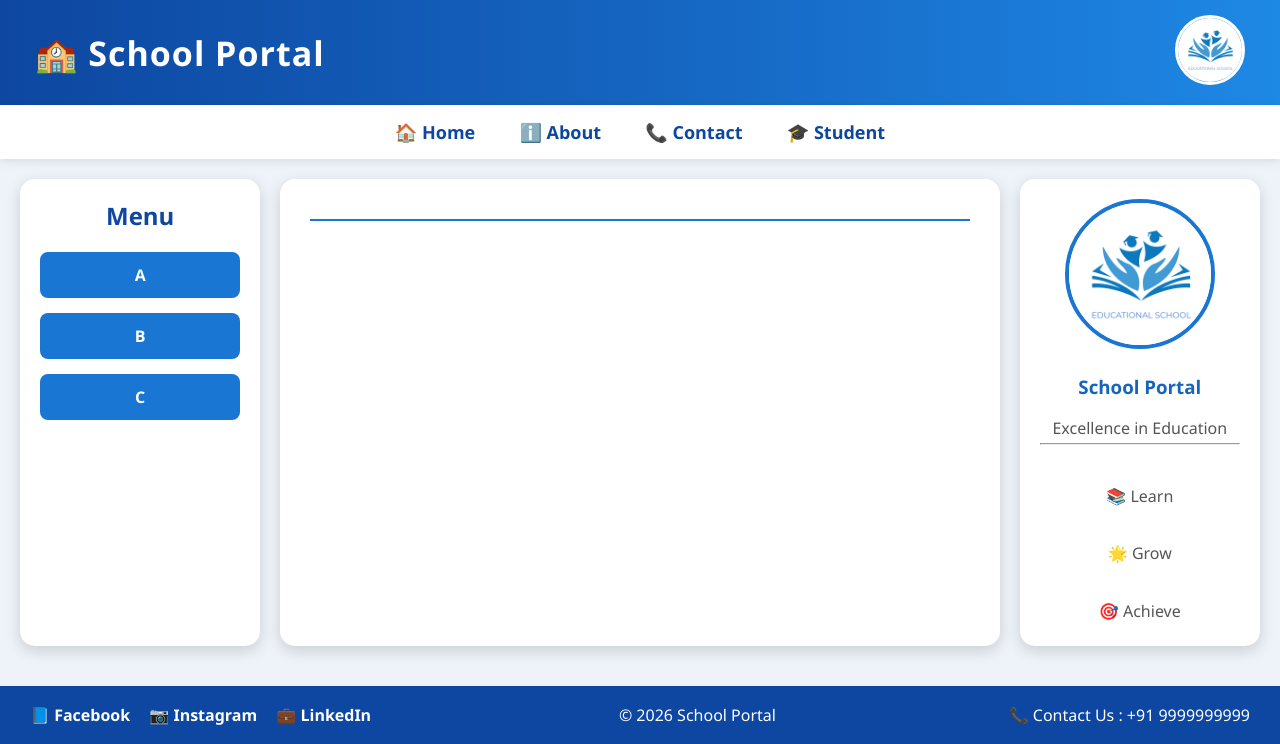
Repository: Jayasrikaranam162/SpringBoot-Summer-PEP
Page: http://localhost/dashboard
The author's editor kept a copy of each file at every save. The page is drawn from the files as they stood at one save, then again after the next save.
The browser window is 1280 px wide. The pictures show the whole page.
The page is this project's Thymeleaf template; nobody is signed in. The template is opened directly, without the code that normally fills it, so the values that code supplies are empty.

Above is the page before, as saved 2026-07-01 16:25:42.

After the next save:
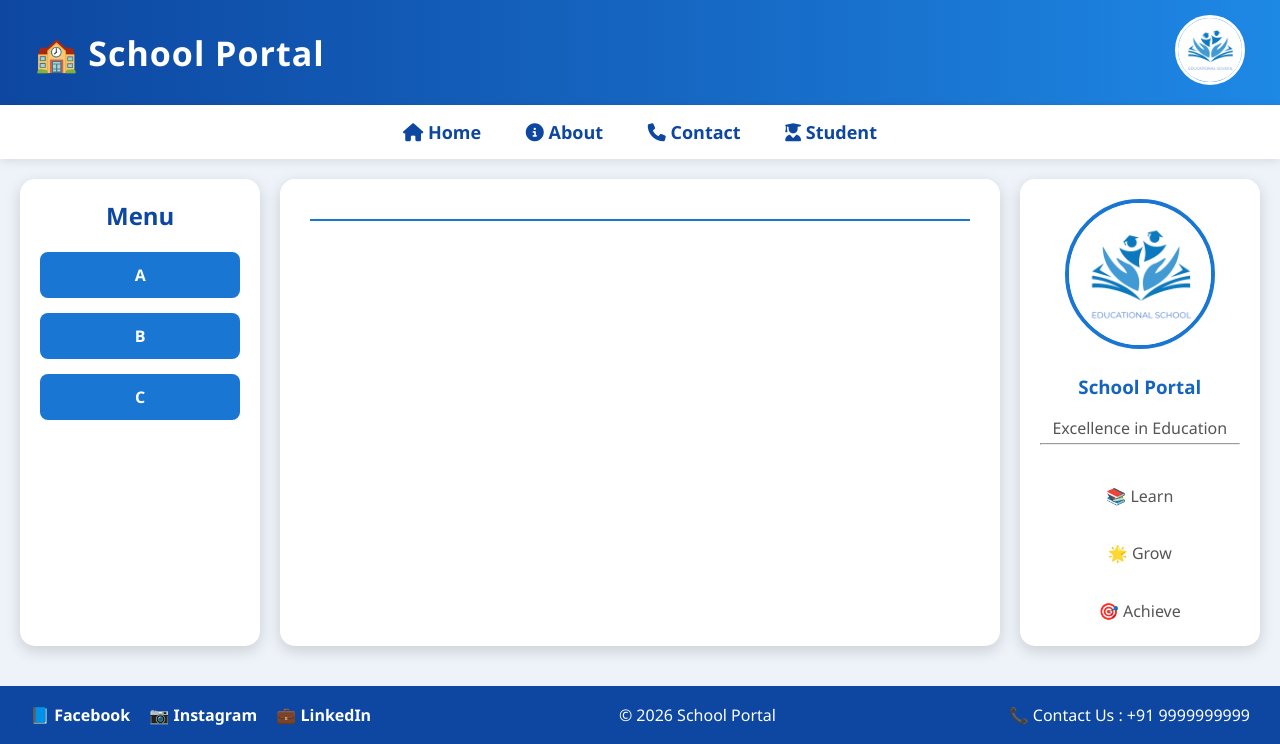
Saved 2 min 40 s later.
--- a/Day-6/SchoolDashboard/src/main/resources/templates/dashboard.html
+++ b/Day-6/SchoolDashboard/src/main/resources/templates/dashboard.html
@@ -301,13 +301,21 @@ body{
 
 <div class="navbar">
 
-    <a href="/">🏠 Home</a>
-
-    <a href="/about">ℹ️ About</a>
-
-    <a href="/contact">📞 Contact</a>
-
-    <a href="/student">🎓 Student</a>
+    <a href="/">
+        <i class="fa-solid fa-house"></i> Home
+    </a>
+
+    <a href="/about">
+        <i class="fa-solid fa-circle-info"></i> About
+    </a>
+
+    <a href="/contact">
+        <i class="fa-solid fa-phone"></i> Contact
+    </a>
+
+    <a href="/student">
+        <i class="fa-solid fa-user-graduate"></i> Student
+    </a>
 
 </div>
 
